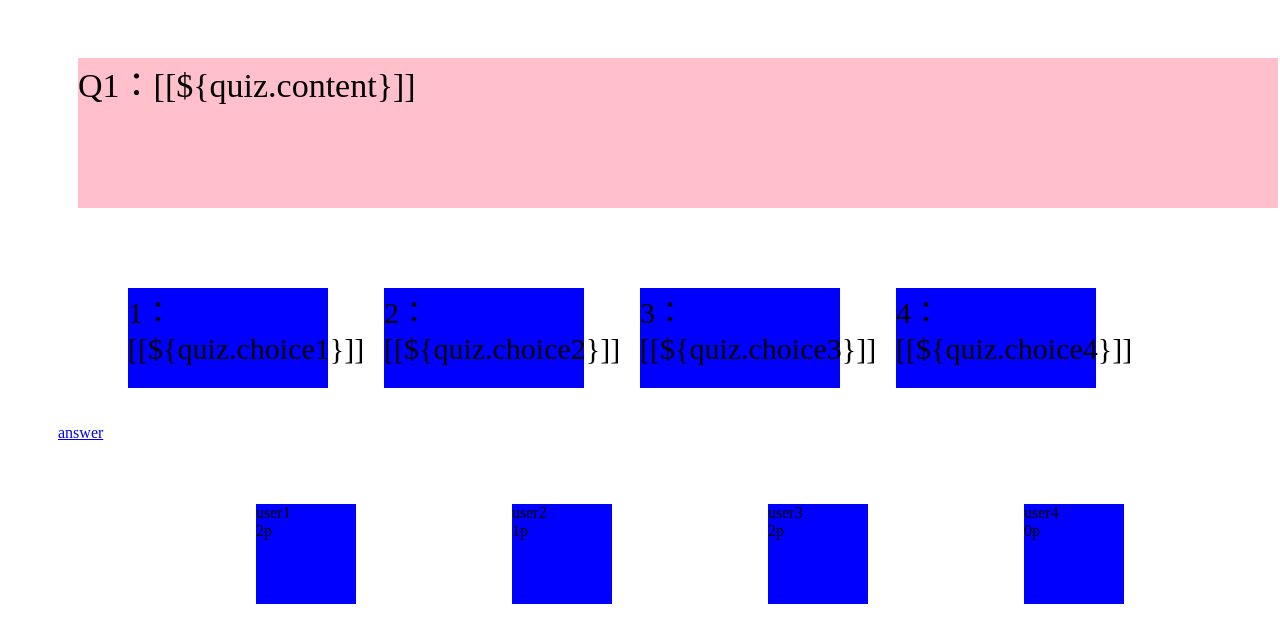
Repository: murakou1/QuizSazan15
Page: .log/QuizSazan15/src/main/resources/templates/quize.html
These files come from the project's save history. The page is drawn as it stood at one moment and after the next save; the edit follows.
The browser window is 1280 px wide. The pictures show the whole page.

Above is the page before, as saved 2023-12-05 12:55:25.

After the next save:
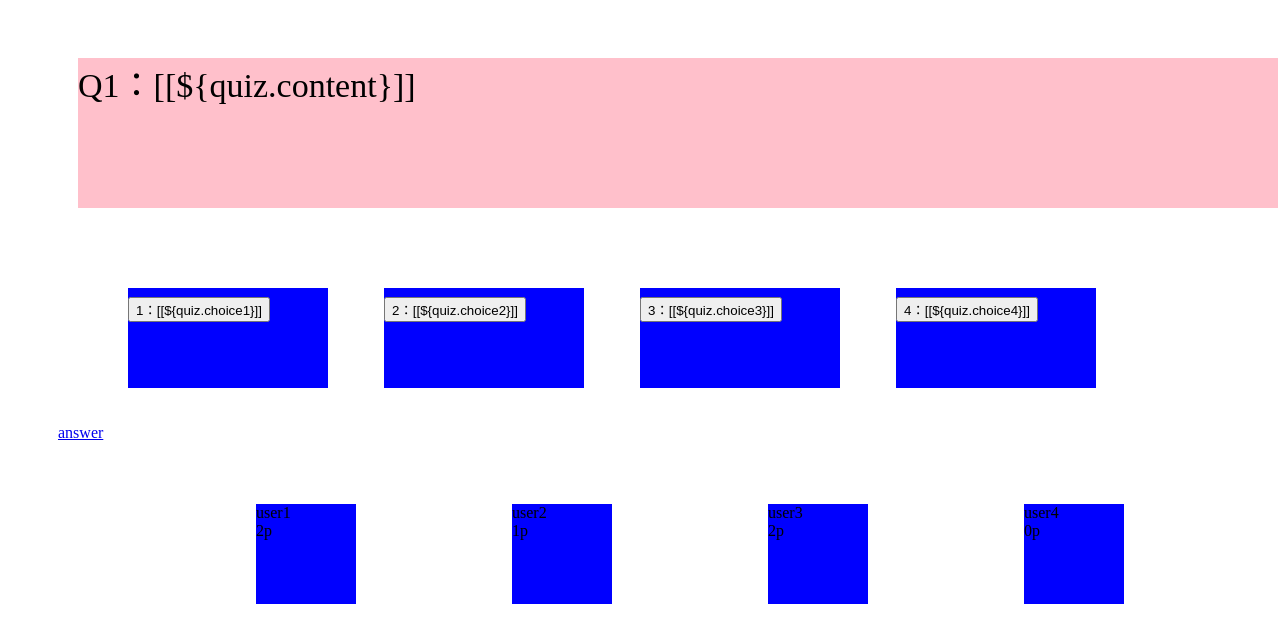
Saved 105 min 46 s later.
--- a/.log/QuizSazan15/src/main/resources/templates/quize.html
+++ b/.log/QuizSazan15/src/main/resources/templates/quize.html
@@ -114,19 +114,19 @@
   </div>
 
   <div class="choice1">
-    1：[[${quiz.choice1}]]
+    <input type="button" onclick="location.href='/logout'" value="1：[[${quiz.choice1}]]">
   </div>
 
   <div class="choice2">
-    2：[[${quiz.choice2}]]
+    <input type="button" onclick="location.href='/logout'" value="2：[[${quiz.choice2}]]">
   </div>
 
   <div class="choice3">
-    3：[[${quiz.choice3}]]
+    <input type="button" onclick="location.href='/logout'" value="3：[[${quiz.choice3}]]">
   </div>
 
   <div class="choice4">
-    4：[[${quiz.choice4}]]
+    <input type="button" onclick="location.href='/logout'" value="4：[[${quiz.choice4}]]">
   </div>
 
   <div class="sample2">
